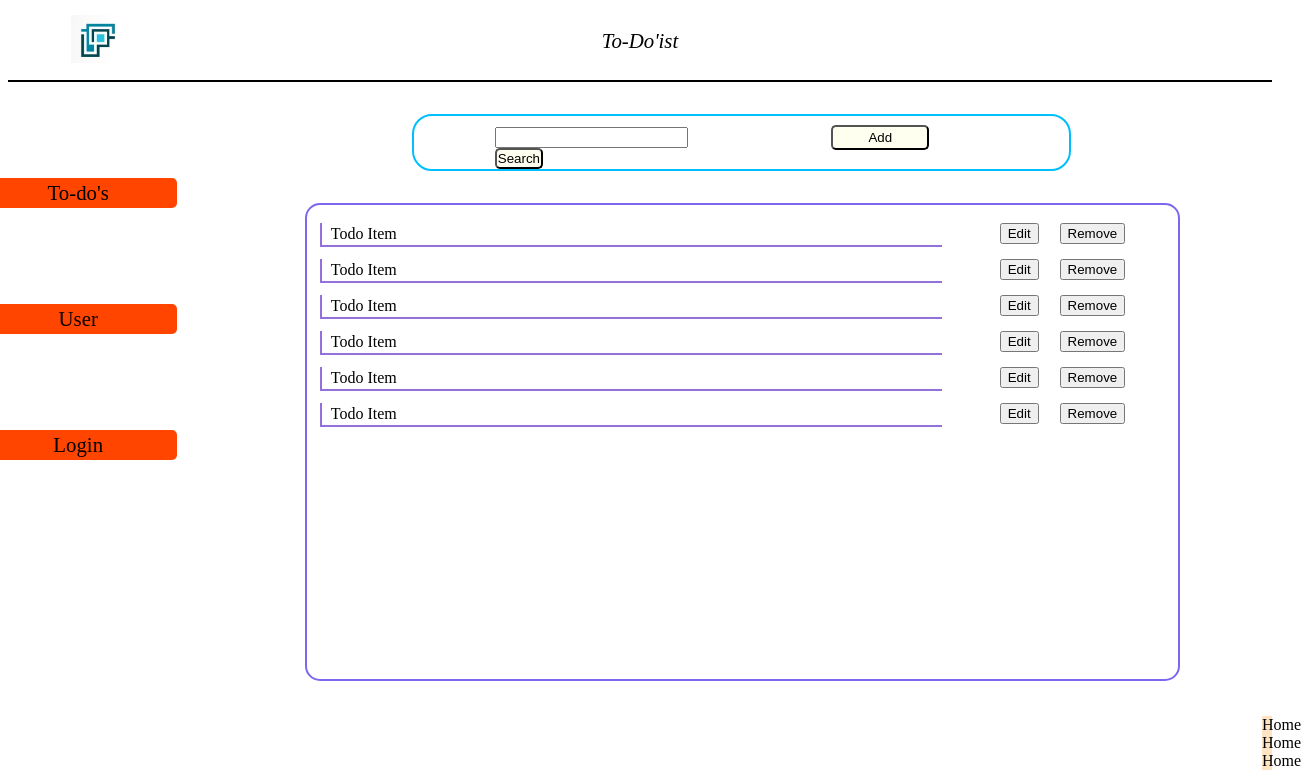
Repository: tavisca-pkadam/Todo-Website
Page: home.html
These files come from the project's save history. The page is drawn as it stood at one moment and after a run of saves; the edit follows.
The browser window is 1280 px wide. The page is 1301 px wide, then 1280 px, so the pictures cover 1301 px, including what lies to the right of the window. The pictures show the whole page.

Above is the page before, as saved 2019-08-20 09:01:53.

After the next 2 saves:
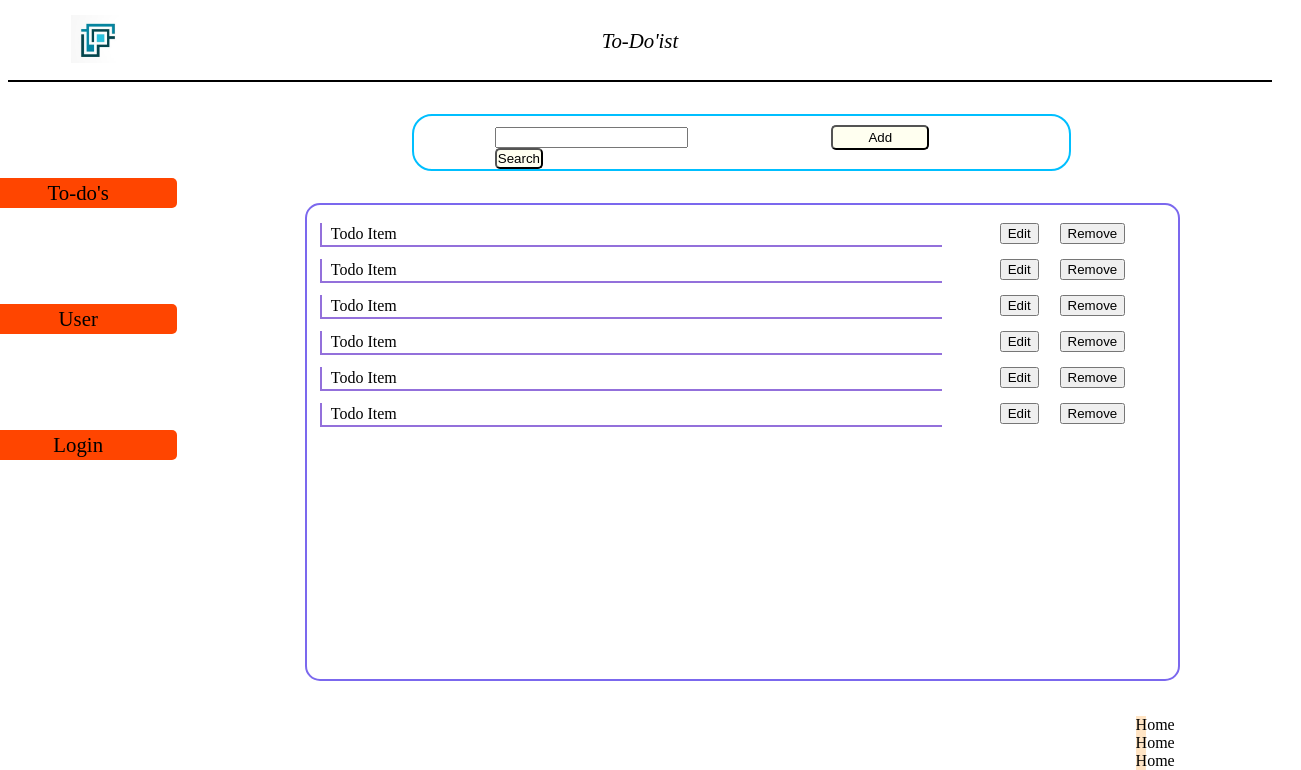
The 2 saves are shown as one change because they came seconds apart.
The last was saved 5 s later.
--- a/main.css
+++ b/main.css
@@ -148,6 +148,6 @@
         width: 10px;
         background-color: bisque;
         float: right;
-        margin-
+        margin-right: 10%;
 
 }
